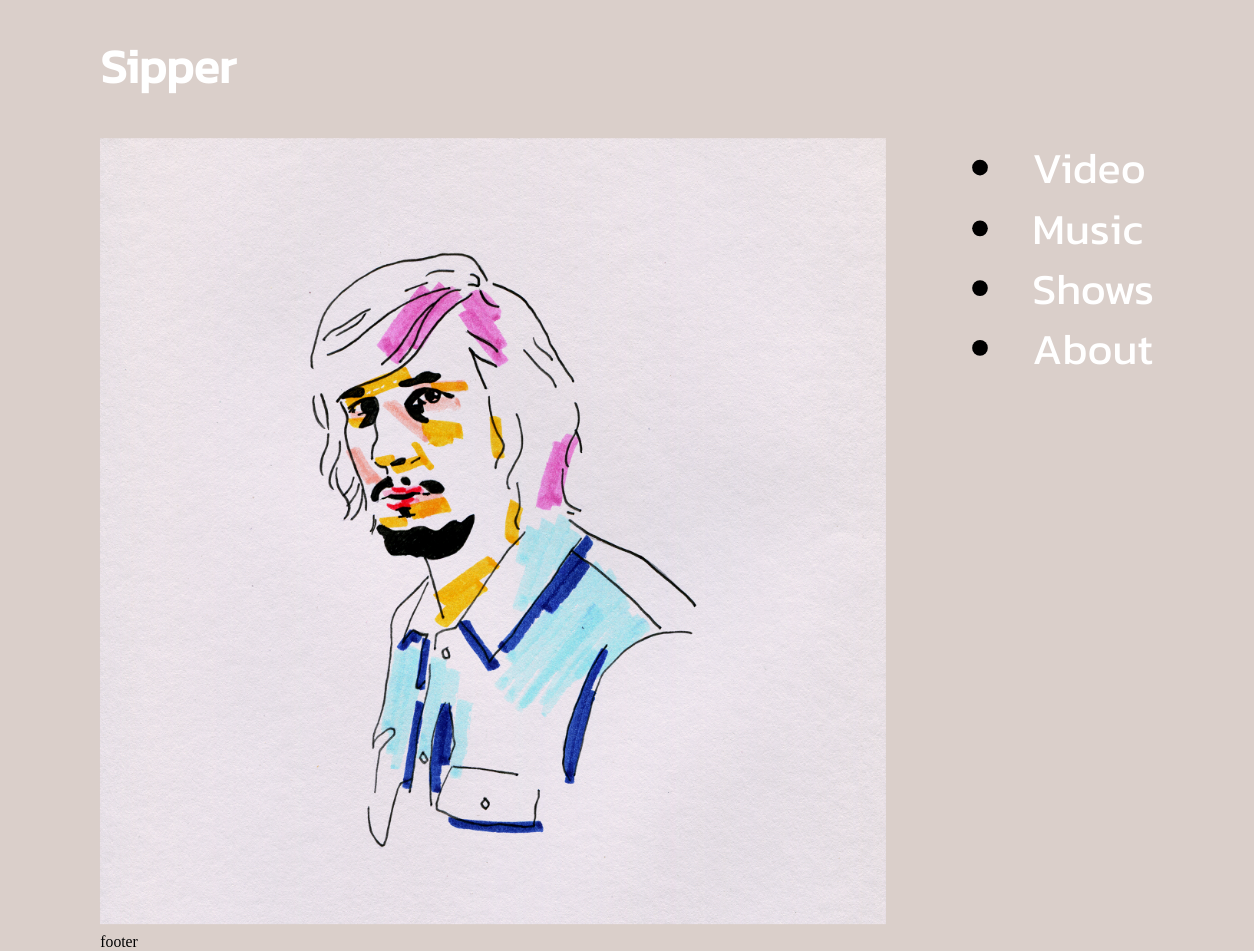
Repository: KrystellBarraza/SipperNYC
Page: home.html
An editor plug-in stored every save of this project. The page is shown before and after the next save, followed by the edit.
The browser window is 1280 px wide. The pictures show the whole page, at 98% of full size.
Some web libraries are served in a nearby version.

Above is the page before, as saved 2019-08-16 10:34:53.

After the next save:
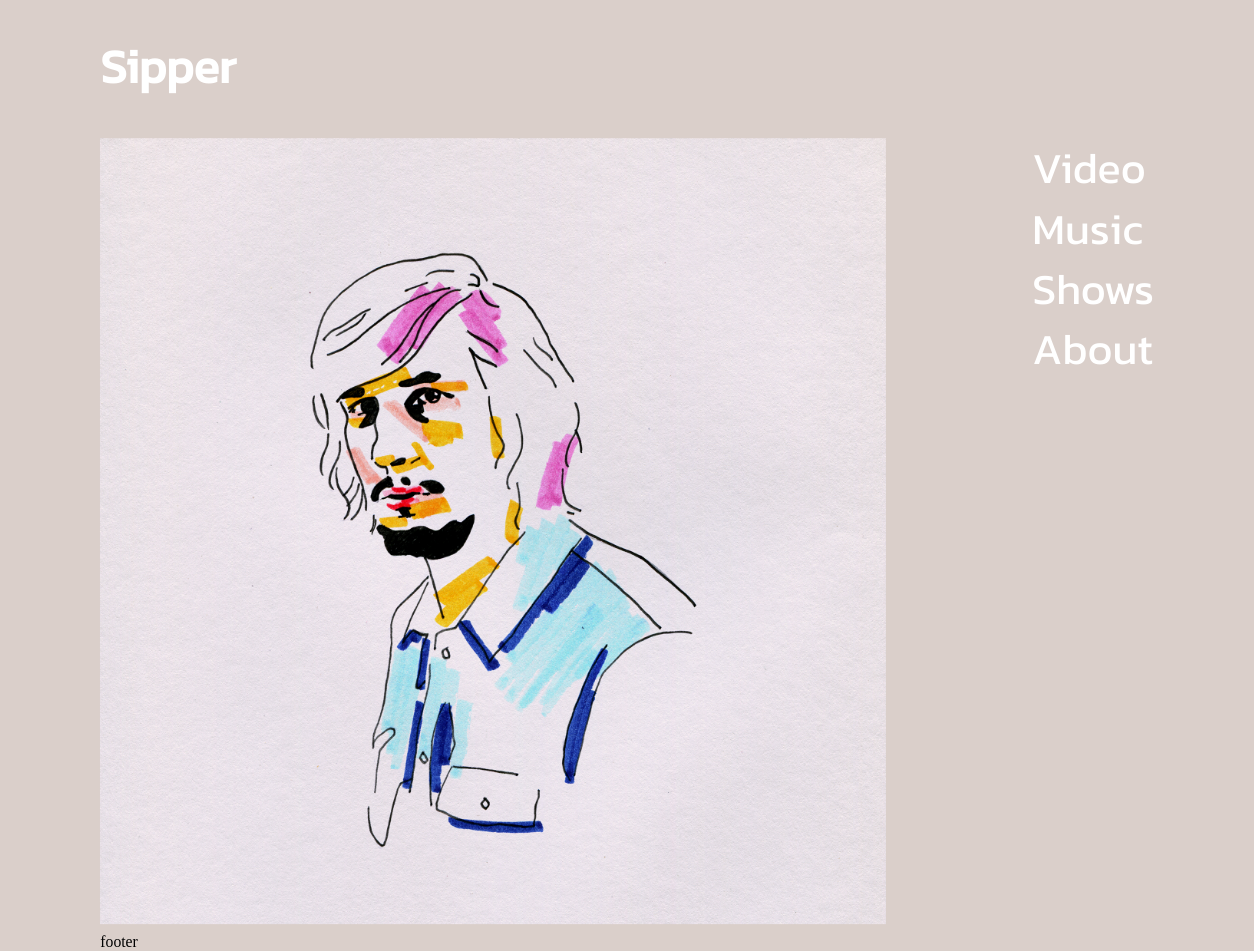
Saved 73 s later.
--- a/style.css
+++ b/style.css
@@ -170,9 +170,12 @@ li {
 
 nav > a {
     font-family: 'Kanit', sans-serif;
-    list-style-type: none;
     color: #fff;
     font-size: 48px;
+}
+
+nav > li {
+    list-style-type: none;
 }
 
 /* Album */
